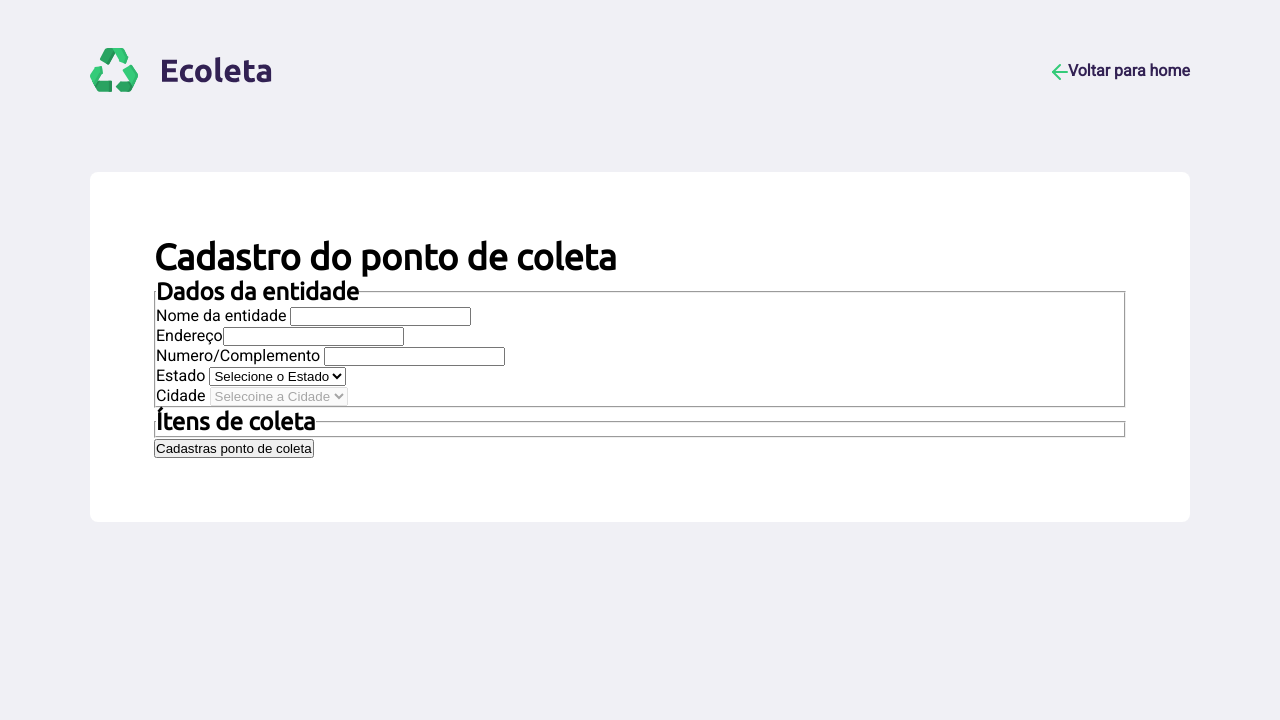
Repository: ivobass/NextLevelWeek
Page: create-point.html
An editor plug-in stored every save of this project. The page is shown before and after the next save, followed by the edit.
The browser window is 1280 px wide. The pictures show the whole page.

Above is the page before, as saved 2020-06-02 23:37:17.

After the next save:
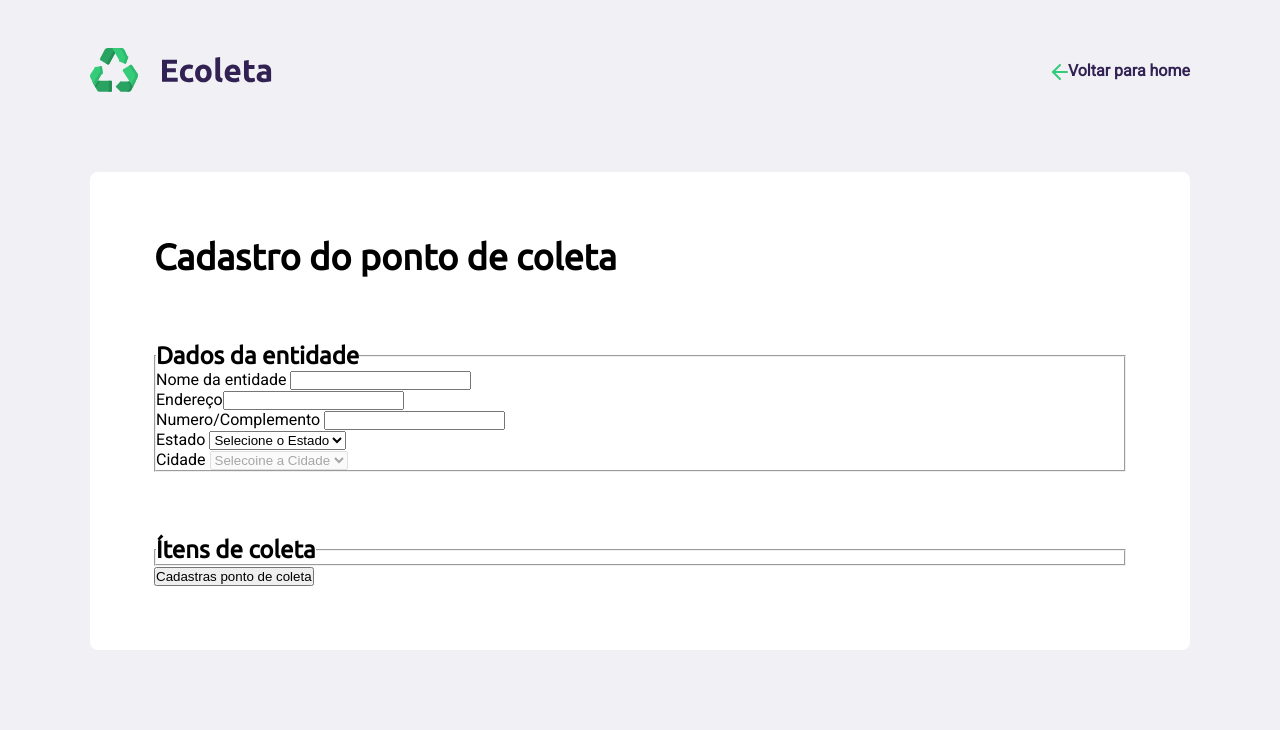
Saved 56 s later.
--- a/styles/create-point.css
+++ b/styles/create-point.css
@@ -43,3 +43,7 @@ form {
 form h1 {
     font-size: 36px;
 }
+
+form fieldset {
+    margin-top: 64px;
+}
